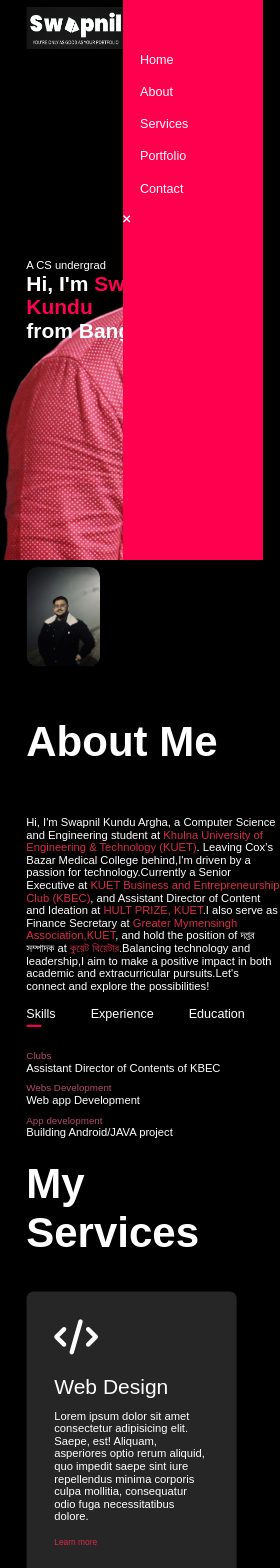
Repository: SwapnilKundu/portfolio
Page: index.html
The author's editor kept a copy of each file at every save. The page is drawn from the files as they stood at one save, then again after the next save.
The browser window is 375 px wide. The page is 400 px wide, so the pictures cover 400 px, including what lies to the right of the window. The pictures show the part of the page from y = 0 to 2240 px (the page is 5790 px tall), at 70% of full size.
Some web libraries are served in a nearby version.

Above is the page before, as saved 2024-01-21 00:02:03.

### index.html
<!DOCTYPE html>
<html lang="en">
<head>
    <meta charset="UTF-8">
    <meta name="viewport" content="width=device-width, initial-scale=1.0">
    <title>Personal Portfolio Website</title>
    <link rel="stylesheet" href="style.css">
    <script src="https://kit.fontawesome.com/74456a4746.js" crossorigin="anonymous"></script>
</head>
<body>
  <div id="header">
    <div class="container">
        <nav>
            <img src="images/logo1.png" class="logo" width="40" height="60">
            <ul>
                <li><a href ="#">Home</a></li>
                <li><a href ="#">About</a></li>
                <li><a href ="#">Services</a></li>
                <li><a href ="#">Portfolio</a></li>
                <li><a href ="#">Contact</a></li>
                <i class="fa-solid fa-xmark" id="close-menu"></i>
           </ul>
            <i class="fa-solid fa-bars"></i>
        </nav>
        <div class="header-text">
            <p>A CS undergrad </p>
            <h1>Hi, I'm <span>Swapnil Kundu</span> <br> from Bangladesh</h1>
        </div>
    </div>
  </div>





  <div id="about">
    <div class="container">
        <div class="row">
            <div class="about-col-1">
                <img src="images/Aboutme4.jpg" alt="Profile Image">
            </div>
            <div class="about-col-2">
                <h1 class="sub-title"><br>About Me</h1>
                <p>
                    <br><br><br><br>Hi, I'm Swapnil Kundu Argha, a Computer Science and Engineering student at <a href="http://www.kuet.ac.bd/" target="_blank">Khulna University of Engineering & Technology (KUET)</a>. Leaving Cox’s Bazar Medical College behind,I'm driven by a passion for technology.Currently a Senior Executive at <a href="https://www.facebook.com/KBEC.official">KUET Business and Entrepreneurship Club (KBEC)</a>, and Assistant Director of Content and Ideation at <a href="https://scontent.fjsr8-1.fna.fbcdn.net/v/t39.30808-6/414475463_878653704262850_605489790676270348_n.jpg?_nc_cat=106&ccb=1-7&_nc_sid=dd5e9f&_nc_eui2=AeG7qaCzWQGluZMTMKWtrD6ipcnI0dawWuilycjR1rBa6PLkHzdtJERiOyrmRQaxy3TT_q5vz9qIQ5m4l8xfiGP6&_nc_ohc=qg8Pu4EAUVYAX9avaA_&_nc_ht=scontent.fjsr8-1.fna&oh=00_AfBZ6Lqa5248mqS64WxhR3KxGRhN1UCrqkgUgA0V5dsZlw&oe=65AF45DF">HULT PRIZE, KUET</a>.I also serve as Finance Secretary at <a href="#link-to-GMA">Greater Mymensingh Association,KUET</a>, and hold the position of দপ্তর সম্পাদক at <a href="#link-to-theater">কুয়েট থিয়েটার</a>.Balancing technology and leadership,I aim to make a positive impact in both academic and extracurricular pursuits.Let's connect and explore the possibilities!
                </p>

                <div class="tab-titles">
                    <p class="tab-links active" onclick="opentab('skills')">Skills</p>
                    <p class="tab-links" onclick="opentab('experience')">Experience</p>
                    <p class="tab-links"onclick="opentab('education')">Education</p>
            </div>
            <div class="tab-contents active-tab"id ="skills">
                <ul>
                    <li><span>Clubs</span><br>Assistant Director of Contents of KBEC</li>
                    <li><span>Webs Development</span><br>Web app Development</li>
                    <li><span>App development</span><br>Building Android/JAVA project</li>
                </ul>
            </div>
            <div class="tab-contents" id ="experience">
                <ul>
                    <li><span>2022-Current</span><br>An Active member of KBEC</li>
                    <li><span>2023-Semester 2.2</span><br>App Development by JAVA</li>
                    <li><span>2024-Semester 3.1</span><br>Web Development by HTML,CSS,JAVA</li>
                    <li><span>2022-Current</span><br>An Active member of KBEC</li>

                </ul>
            </div>

            <div class="tab-contents" id ="education">
                <ul>
                    <li><span>2018</span><br>SSC from Mymensingh Zilla School,Mymensingh</li>
                        <li><span>2020</span><br>HSC from Ananda Mohan College,Mymensingh</li>
                        <li><span>From March,2022</span><br>Currently studying BSc in CSE department</li>
                </ul>
            </div>
        </div>
    </div>
  </div>




  <div id="Services">
    <div class ="container">
    <h1 class="sub-title">My Services</h1>
    <div class ="services-list">

        <div>
            <i class="fa-solid fa-code"></i>
            <h2>
                Web Design
            </h2>
            <p>Lorem ipsum dolor sit amet consectetur adipisicing elit. Saepe, est! Aliquam, asperiores optio rerum aliquid, quo impedit saepe sint iure repellendus minima corporis culpa mollitia, consequatur odio fuga necessitatibus dolore.

            </p>
            <a href="#">Learn more</a>
        </div>
        <div>
            <i class="fa-solid fa-crop"></i>
            <h2>
                UI/UX Design
            </h2>
            <p>Lorem ipsum dolor sit amet consectetur adipisicing elit. Saepe, est! Aliquam, asperiores optio rerum aliquid, quo impedit saepe sint iure repellendus minima corporis culpa mollitia, consequatur odio fuga necessitatibus dolore.

            </p>
            <a href="#">Learn more</a>
        </div>
        <div>
            <i class="fa-brands fa-app-store"></i>
            <h2>

                App Design
            </h2>
            <p>Lorem ipsum dolor sit amet consectetur adipisicing elit. Saepe, est! Aliquam, asperiores optio rerum aliquid, quo impedit saepe sint iure repellendus minima corporis culpa mollitia, consequatur odio fuga necessitatibus dolore.

            </p>
            <a href="#">Learn more</a>
        </div>
        </div>
    </div>
  </div>




<div id="portfolio">
    <div class="container">
        <h1 class="sub-title">My Work</h1>

        <div class ="work-list">
            <div class="work">
                <img src="images/work-1.png">
                <div class="layer">
                    <h3><b>Scoial Media App</b></h3>
                    <p> The app connects you to the talented people around the world. Download it from play store</p>
                    <a href ="#"><i class="fa-solid fa-arrow-up-right-from-square"></i></a>
                </div>
            </div>
            <div class="work">
                <img src="images/work-2.png">
                <div class="layer">
                    <h3><b>Music App</b></h3>
                    <p> The app connects you to the talented people around the world. Download it from play store</p>
                    <a href ="#"><i class="fa-solid fa-arrow-up-right-from-square"></i></a>
                </div>
            </div>
            <div class="work">
                <img src="images/work-3.png">
                <div class="layer">
                    <h3><b>Online Shop App</b></h3>
                    <p> The app connects you to the talented people around the world. Download it from play store</p>
                    <a href ="#"><i class="fa-solid fa-arrow-up-right-from-square"></i></a>
                </div>
            </div>

        </div>
        <a href="#" class ="btn">See more</a>
    </div>
</div>




<div id="contact">
    <div class="container">
        <div class="row">
            <div class="contact-left">
                <h1 class="sub-title">Contact me</h1>
                <p><i class="fa-solid fa-paper-plane"></i>swapnilkundu01@gmail.com</p>
                <p><i class="fa-solid fa-phone"></i>01871978907</p>
                <div class="socal-icons">
                    <a href="https://www.facebook.com/swapnil.kundu.90/"><i class="fa-brands fa-facebook"></i></a>
                    <a href="https://www.instagram.com/swapnil2441139/"><i class="fa-brands fa-twitter-square"></i></a>
                    <a href="https://call.whatsapp.com/voice/oAxOkq7IUG3ndQV7ZXiJVs"><i class="fa-brands fa-whatsapp"></i></a>
                    <a href=""><i class="fa-brands fa-linkedin"></i></a>

                </div>
                <a href="images/my-cv.pdf"class = "btn btn2" >Download CV</a>
            </div>
            <div class="contact-right">
                <form>
                    <input type="text" name="Name" placeholder="Your Name" required>
                    <input type ="email" name="email" placeholder="Your Email" required>
                    <textarea name ="Message" rows="6" placeholder ="Your Message"></textarea>
                    <button type="submit" class="btn btn2">Submit</button>
                </form>

            </div>
        </div>
    </div>
    <div class="copyright">
            <p>Copyright © kundu.Made with HTML,CSS and JS</p>
    </div>
</div>


  <script>
    var tablinks = document.querySelectorAll(".tab-links");
    var tabcontents = document.querySelectorAll(".tab-contents");

    function opentab(tabname) {
        for (tablink of tablinks) {
            tablink.classList.remove("active-link");
        }

        for (tabcontent of tabcontents) {
            tabcontent.classList.remove("active-tab");
        }

        var activeTab = document.getElementById(tabname);
        activeTab.classList.add("active-tab");

        var activeLink = document.querySelector(`.tab-links[data-tab="${tabname}"]`);
        activeLink.classList.add("active-link");
    }
</script>

</body>
</html>

### style.css
*
{
    margin: 0;
    padding: 0;
    font-family: 'Poppins',sans-serif;
    box-sizing: border-box;
}

body
{
    background: #000;
    color: #fff;
}
#header
{
    width: 100%;
    height: 100vh;
    background-image: url(images/ccc2.png);
    background-size: cover;
    background-position: left;
    background-repeat: no-repeat;
    overflow: hidden;
}
.container
{
padding: 10px 10%;
}
nav{
    display: flex;
    align-items: center;
    justify-content: space-between;
    flex-wrap: wrap;
}
.logo{
    width: 140px;
}

nav ul li{
    display:inline-block;
    list-style: none;
    margin: 10px 20px;

}
nav ul li a{
    color: #fff;
    text-decoration:none ;
    font-size: 18px;
    position: relative;
}

nav ul li a::after
{
    content: '';
    width:0;
    height:3px;
    background:#ff004f;
    position: absolute;
    left: 0;
    bottom: -6px;
    transition: 0.5s;

}
nav ul li a:hover::after
{
    width:100%;
}
.header-text{
    margin-top: 20%;
    font-size: 30px;
}
.header-text h1
{
    font-size:60px;
}
.header-text h1 span
{
    color:#ff004f;
}

#about a {
    color: #db2a4a;
    text-decoration: none;
}

#about a:hover {
    color: #ababab;
}
.row
{
    display: flex;
    justify-content: space-between;
    flex-wrap: wrap;
}

.about-col-1{
    flex-basis:35%;
}
.about-col-1 img
{
    width: 100%;
    border-radius: 15px;
}

.about-col-2
{
    flex-basis: 60%;
}

.sub-title
{
    font-size:60px;
    font-weight:600;
    color:#fff;
}

.tab-titles {
    display: flex;
    margin: 20px 0 40px;
}

.tab-links {
    margin-right: 50px;
    font-size: 18px;
    font-weight: 500;
    cursor: pointer;
    position: relative;
    color: #fff;
    text-decoration: none;
    transition: color 0.5s;
}

.tab-links::after {
    content: '';
    width: 0;
    height: 3px;
    background: #ff004f;
    position: absolute;
    left: 0;
    bottom: -8px;
    transition: 0.5s;
}

.tab-links:hover {
    color: #ff004f; /* Change the color on hover */
}

.tab-links.active::after {
    width: 50%;
}
.tab-contents ul li
{
    list-style:none;
    margin:10px 0;
}
.tab-contents ul li span
{
    color:#b54769;
    font-size: 14px;
}
.tab-contents
{
    display: none;
}
.tab-contents.active-tab
{
    display: block;
}




#services-list
{

    padding :30px 0;
}
.services-list
{
    display:grid;
    grid-template-columns: repeat(auto-fit,minmax(250px, 1fr));
    grid-gap:40px;
    margin-top: 50px;
}
.services-list div{
    background:#262626;
    padding: 40px;
    font: size 13px;
    font-weight: 300;
    border-radius:10px;
    transition: background 0.5s,transform 0.5s;
}
.services-list div i
{
    font-size: 50px;
    margin-bottom: 30px;
}
.services-list div h2
{
    font-size:  30px;
    font-weight: 500;
    margin-bottom:15px;

}
.services-list div a{
    text-decoration: none;
    color:#fff;
    font-size: 12px;
    margin-top: 20px;
    display: inline-block;
}
.services-list div:hover
{
    background:#ff004f;
    transform: translateY(-10px);
}



#portfolio
{
    padding: 50px 0;
}

.work-list
{
    display:grid;
    grid-template-columns: repeat(auto-fit,minmax(250px, 1fr));
    grid-gap:40px;
    margin-top: 50px;
}
.work
{
    border-radius:10px;
    position: relative;
    overflow: hidden;
}
.work img
{
    width: 100%;
    border-radius:10px;
    display: block;
    transition: transform 0.5s;
}
.layer{
    width: 100%;
    height: 0;
    background:linear-gradient(rgba(0,0,0,0.6),#ff004f);
    border-radius:10px;
    position: absolute;
    left:0;
    bottom:0;
    overflow:hidden;
    display:flex;
    align-items:center;
    justify-content: center;
    flex-direction: column;
    padding: 0 40px;
    text-align:center;
    font-size: 14px;
    transition: height 0.5s;
}
.layer h3
{
    font-weight: 500;
    margin-bottom: 20px;
}
.layer a
{
    margin-top: 20px;
    color:#ff004f;
    text-decoration: none;
    font-size:18px;
    line-height: 60px;
    background:#fff;
    width: 60px;
    height: 60px;
    border-radius:50%;
    text-align: center;

}
.work:hover img
{
    transform: scale(1.1);
}

.work:hover .layer
{
    height:100%
}
.btn
{
    display:block;
    margin: 50px auto;
    width:fit-content;
    border: 1px solid #860808;
    padding: 14px 50px;
    text-decoration: none;
    border-radius: 6px;
    color:#fff;
    transition: background 0.5s;

}

.btn:hover
{
    background:#ffffff;
}





.contact-left
{
    flex-basis: 35%;
}
.contact-right
{
    flex-basis: 60%;
}

.contact-left p
{
    margin-top: 30px;
}
.contact-left p i
{
    color:#ff004f;
    margin-right: 15px;
    font-size: 25px;
}
.socal-icons {
    margin-top: 30px;
}

.socal-icons a{
    text-decoration: none;
    font-size: 30px;
    margin-right: 15px;
    color: #f80f0f;
    display: inline-block;
    transition: transform 0.5s;
}
.socal-icons a:hover
{
    color: #da1d1d;
    transform: translateY(-5px);
}
.btn.btn2
{
    display:inline-block;
    background : #000000;

}
.contact-right form
{
    width: 100%;
}
form input,form textarea
{
    width:100%;
    border:0;
    outline:none;
    background:#262626;
    padding: 15px;
    margin: 15px 0;
    color: #fff;
    font-size: 18px;
    border-radius: 6px;
}

form btn2
{
    padding:14px 60px;
    font-size: 18px;
    margin-top:20px;
    cursor:pointer;
}
.copyright
{
    width:100%;
    text-align:center;
    padding:25px 0;
    background:#262626;
    font-weight: 300;
    margin: top 20%;
}





nav.fas{
    display: none;
}

@media only screen and (max-width: 600px) {
    #header{
        background-image: url(images/123qw.png);
    }
    .header-text {
        margin-top: 100%;
        font-size: 16px;
    }
    .header-text h1 {
        font-size: 30px;
    }

    nav.fas {
        display: block;
        font-size: 25px;
    }
    nav ul {
        background: #ff004f;
        position: fixed;
        top: 0;
        right: 0;
        width: 200px;
        height: 100vh;
        padding-top: 50px;
    }
    nav ul li {
        display: block;
        margin: 25px;
    }
    nav ul.fas {
        position: absolute;
        top: 25px;
        left: 25px;
        cursor: pointer;
    }
}

After the next save:
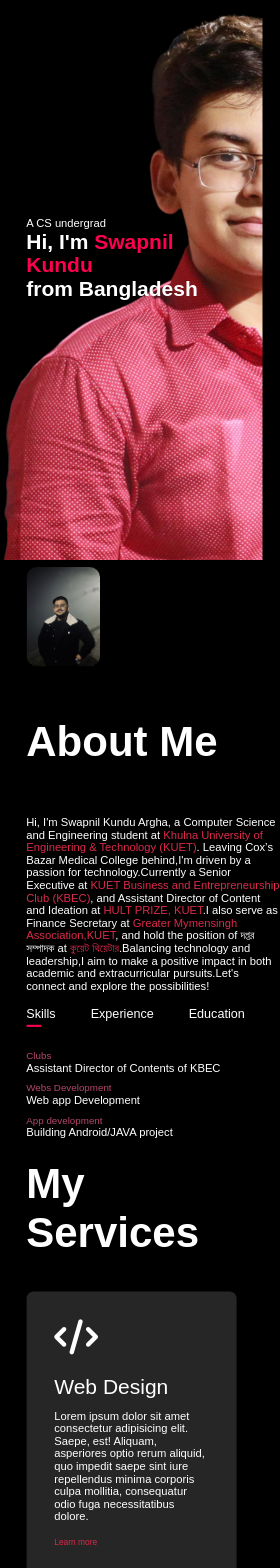
Saved 25 s later.
--- a/style.css
+++ b/style.css
@@ -395,21 +395,28 @@
 }
 
 @media only screen and (max-width: 600px) {
-    #header{
+    #header {
         background-image: url(images/123qw.png);
     }
+
     .header-text {
         margin-top: 100%;
         font-size: 16px;
     }
+
     .header-text h1 {
         font-size: 30px;
+    }
+
+    nav {
+        display: none;
     }
 
     nav.fas {
         display: block;
         font-size: 25px;
     }
+
     nav ul {
         background: #ff004f;
         position: fixed;
@@ -419,14 +426,23 @@
         height: 100vh;
         padding-top: 50px;
     }
+
     nav ul li {
         display: block;
         margin: 25px;
     }
+
     nav ul.fas {
         position: absolute;
         top: 25px;
         left: 25px;
         cursor: pointer;
     }
-}
+
+    #close-menu {
+        position: absolute;
+        top: 10px;
+        right: 10px;
+        cursor: pointer;
+    }
+}

After the save that followed:
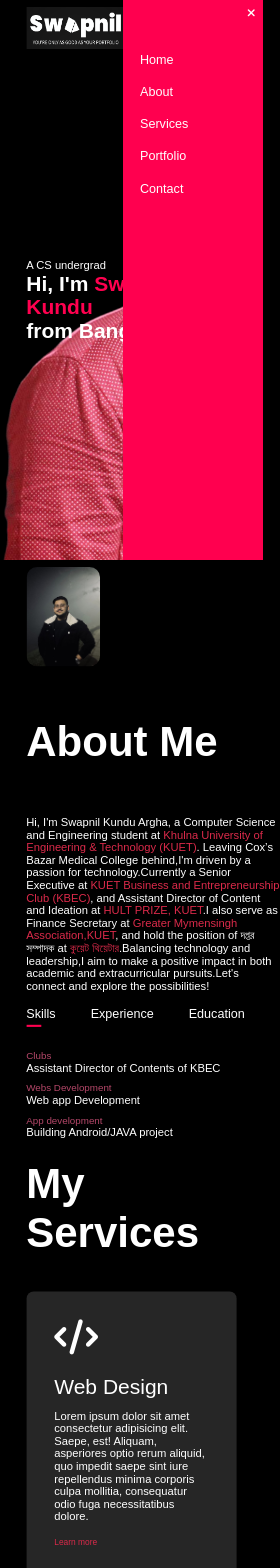
Saved 17 s later.
--- a/style.css
+++ b/style.css
@@ -408,9 +408,7 @@
         font-size: 30px;
     }
 
-    nav {
-        display: none;
-    }
+
 
     nav.fas {
         display: block;
